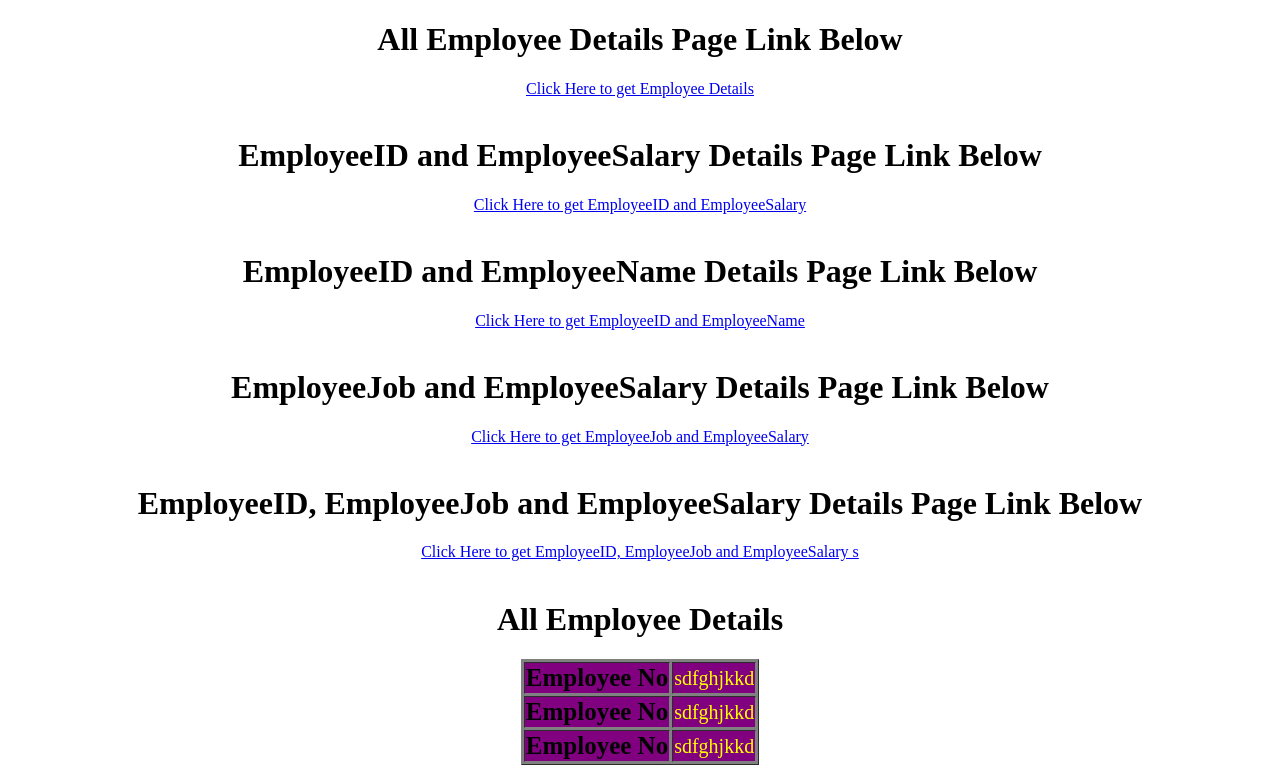
Repository: RhutujaBD/SpringMVCSession
Page: http://localhost/Spring-MVC-JDBCTemplate/WEB-INF/pages/home.jsp
The author's editor kept a copy of each file at every save. The page is drawn from the files as they stood at one save, then again after the next save.
The browser window is 1280 px wide. The pictures show the whole page.
The page is served by Tomcat 9. Nobody is signed in. The template is opened directly, without the code that normally fills it, so the values that code supplies are empty.

Above is the page before, as saved 2023-03-29 10:57:06.

After the next save:
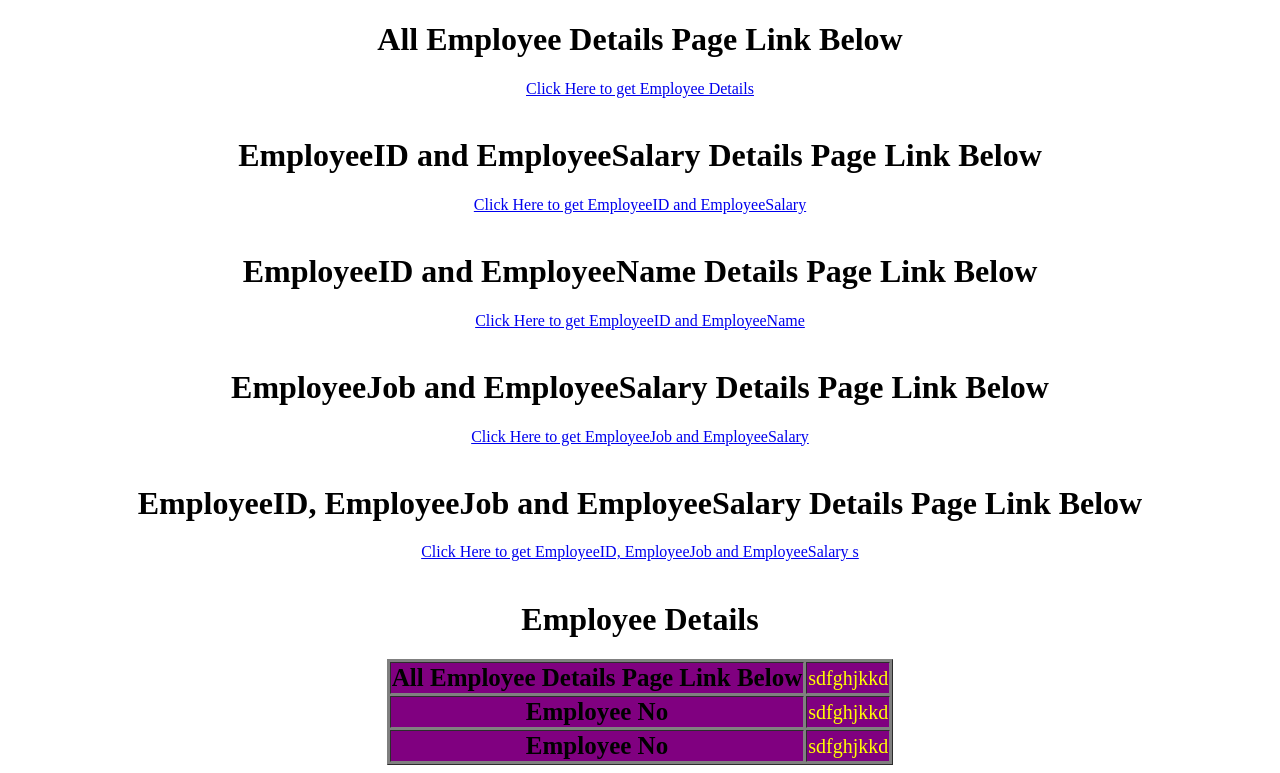
Saved 52 s later.
--- a/Spring-MVC-JDBCTemplate/src/main/webapp/WEB-INF/pages/home.jsp
+++ b/Spring-MVC-JDBCTemplate/src/main/webapp/WEB-INF/pages/home.jsp
@@ -39,30 +39,22 @@
 	<div align="center"><a href="list_id_job_sal.htm">Click Here to get EmployeeID, EmployeeJob and EmployeeSalary s</a></div>
 	<br />
 
-	<h1 align="center">All Employee Details</h1>
+	<h1 align="center">Employee Details</h1>
 	<table border="1" bgcolor="grey" align="center">
 
 		<tr bgcolor="purple" bordercolor="black">
-
-			<th>Employee No</th>
+			<th>All Employee Details Page Link Below</th>
 			<td>sdfghjkkd</td>
-
-
 		</tr>
-
 		<tr bgcolor="purple" bordercolor="black">
-
-			<th>Employee No</th>
-			<td>sdfghjkkd</td>
-
-		</tr>
-
-		<tr bgcolor="purple" bordercolor="black">
-
 			<th>Employee No</th>
 			<td>sdfghjkkd</td>
 		</tr>
 
+		<tr bgcolor="purple" bordercolor="black">
+			<th>Employee No</th>
+			<td>sdfghjkkd</td>
+		</tr>
 	</table>
 
 </body>
